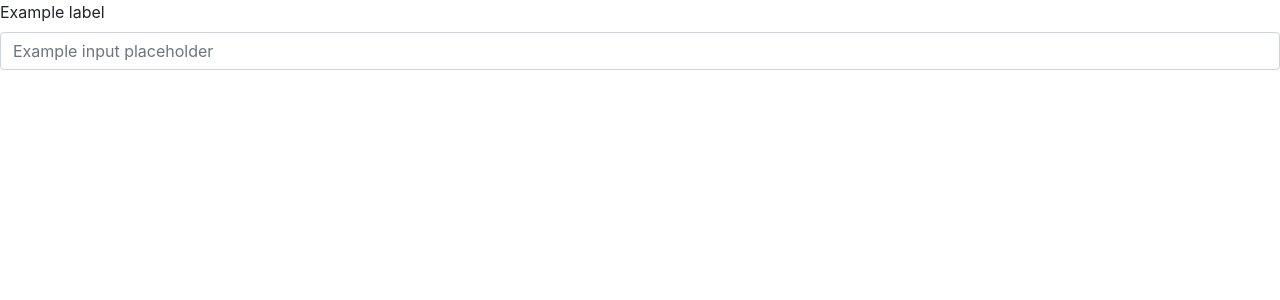
Repository: baobaodeveloper/bootcamp21__array__HuynhAnhBao
Page: index.html
An editor plug-in stored every save of this project. The page is shown before and after the next save, followed by the edit.
The browser window is 1280 px wide. The pictures show the whole page.

Above is the page before, as saved 2022-03-20 16:22:44.

After the next save:
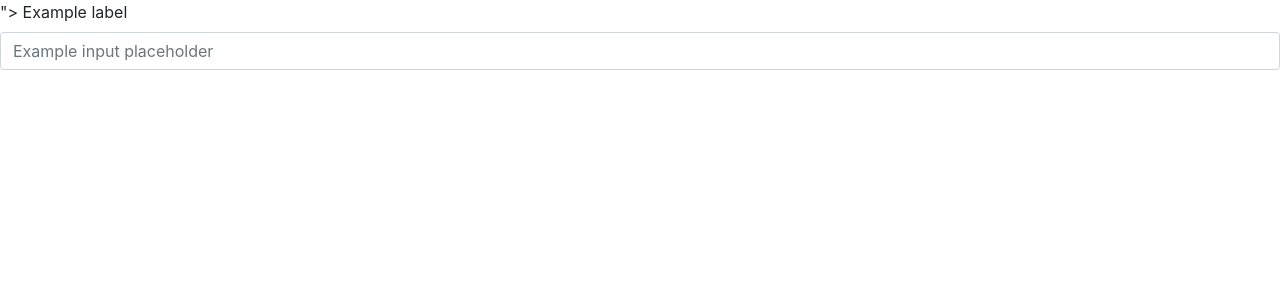
Saved 30 s later.
--- a/index.html
+++ b/index.html
@@ -18,7 +18,7 @@
     />
   </head>
   <body>
-    <div class="containe">
+    <div class="<i class="fas fa-truck-container    "></i>">
       <label for="formGroupExampleInput" class="form-label"
         >Example label</label
       >
